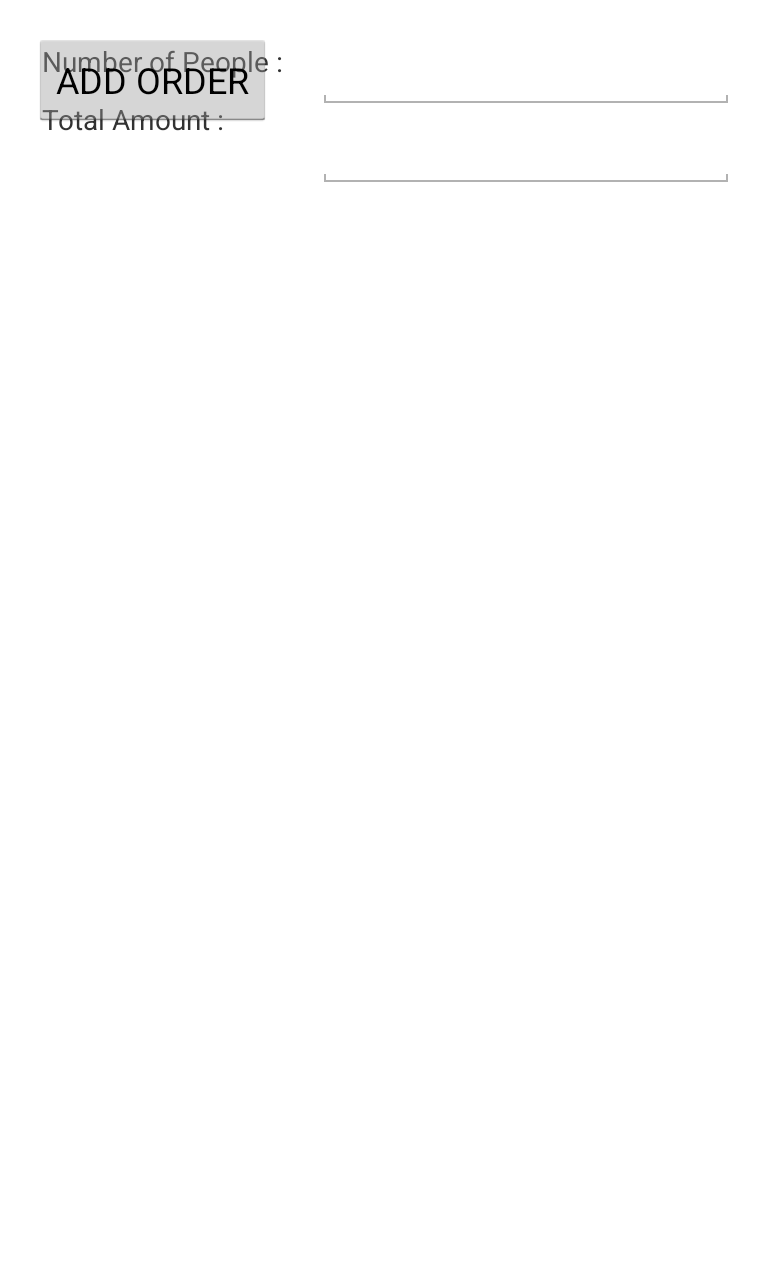
Repository: erenerdogan/ERMS
Layout: ERMSMobile/ERMS/res/layout/activity_try_recommendation.xml
These files come from the project's save history. The layout is drawn as it stood at one moment and after the next save; the edit follows.
It is drawn on a 768 x 1280 px phone screen (xhdpi) without system bars, with theme AppTheme; the app's code is not run.

Above is the layout before, as saved 2013-12-21 19:18:12.

### ERMSMobile/ERMS/res/layout/activity_try_recommendation.xml
<RelativeLayout xmlns:android="http://schemas.android.com/apk/res/android"
    xmlns:tools="http://schemas.android.com/tools"
    android:layout_width="match_parent"
    android:layout_height="match_parent"
    android:paddingBottom="@dimen/activity_vertical_margin"
    android:paddingLeft="@dimen/activity_horizontal_margin"
    android:paddingRight="@dimen/activity_horizontal_margin"
    android:paddingTop="@dimen/activity_vertical_margin"
    tools:context=".TryRecommendationActivity" >

    <TextView
                android:id="@+id/tryPeople"
                android:layout_width="fill_parent"
                android:layout_height="wrap_content"
                android:layout_alignParentLeft="true"
                android:layout_margin="5dip"
                android:text="Number of People :" />

            <EditText
                android:id="@+id/tryPeopleEdit"
                android:layout_width="wrap_content"
                android:layout_height="wrap_content"
                android:layout_alignParentRight="true"
                 android:layout_alignRight="@+id/tryPeople"
                android:ems="10"
                android:inputType="number" >
            </EditText>

            <TextView
                android:id="@+id/tryAmount"
                android:layout_width="fill_parent"
                android:layout_height="wrap_content"
                android:layout_alignParentLeft="true"
                android:layout_margin="5dip"
                android:layout_below="@+id/tryPeople"
                android:text="Total Amount :" />

            <EditText
                android:id="@+id/tryAmountEdit"
                android:layout_width="wrap_content"
                android:layout_height="wrap_content"
                android:layout_alignParentRight="true"
                android:layout_alignRight="@+id/tryPeople"
                android:layout_below="@+id/tryPeopleEdit"
                android:ems="10"
                android:inputType="number" >
            </EditText>

            <Button
                android:id="@+id/trybtn"
                android:layout_width="wrap_content"
                android:layout_height="wrap_content"
                android:layout_below="@+id/pdetailnumberEditText"
                android:text="ADD ORDER" />

</RelativeLayout>

Loaded but not shown: ERMSMobile/ERMS/res/values/styles.xml (common file); ERMSMobile/ERMS/res/values-v11/styles.xml (common file); ERMSMobile/ERMS/res/values-v14/styles.xml (common file); ERMSMobile/ERMS/res/values/dimens.xml (common file)

After the next save:
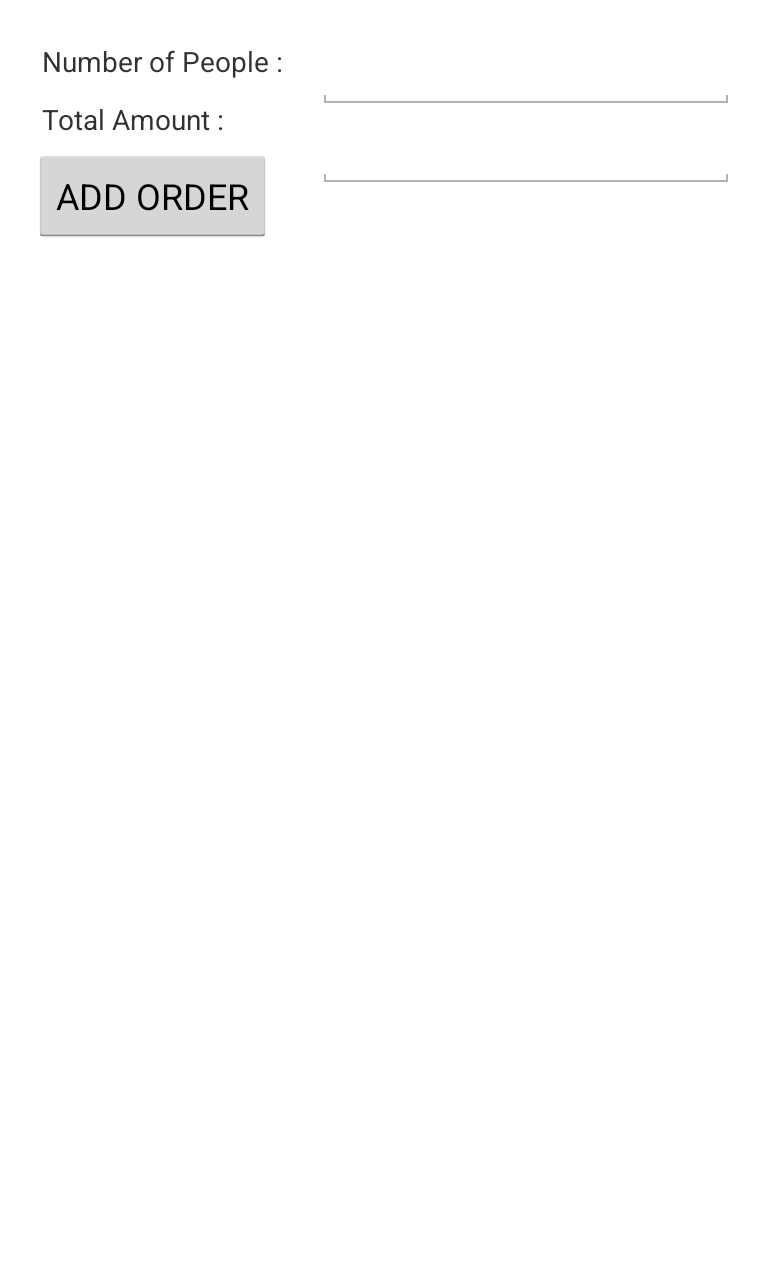
Saved 9 s later.
--- a/ERMSMobile/ERMS/res/layout/activity_try_recommendation.xml
+++ b/ERMSMobile/ERMS/res/layout/activity_try_recommendation.xml
@@ -50,7 +50,7 @@
                 android:id="@+id/trybtn"
                 android:layout_width="wrap_content"
                 android:layout_height="wrap_content"
-                android:layout_below="@+id/pdetailnumberEditText"
+                android:layout_below="@+id/tryAmount"
                 android:text="ADD ORDER" />
 
 </RelativeLayout>
